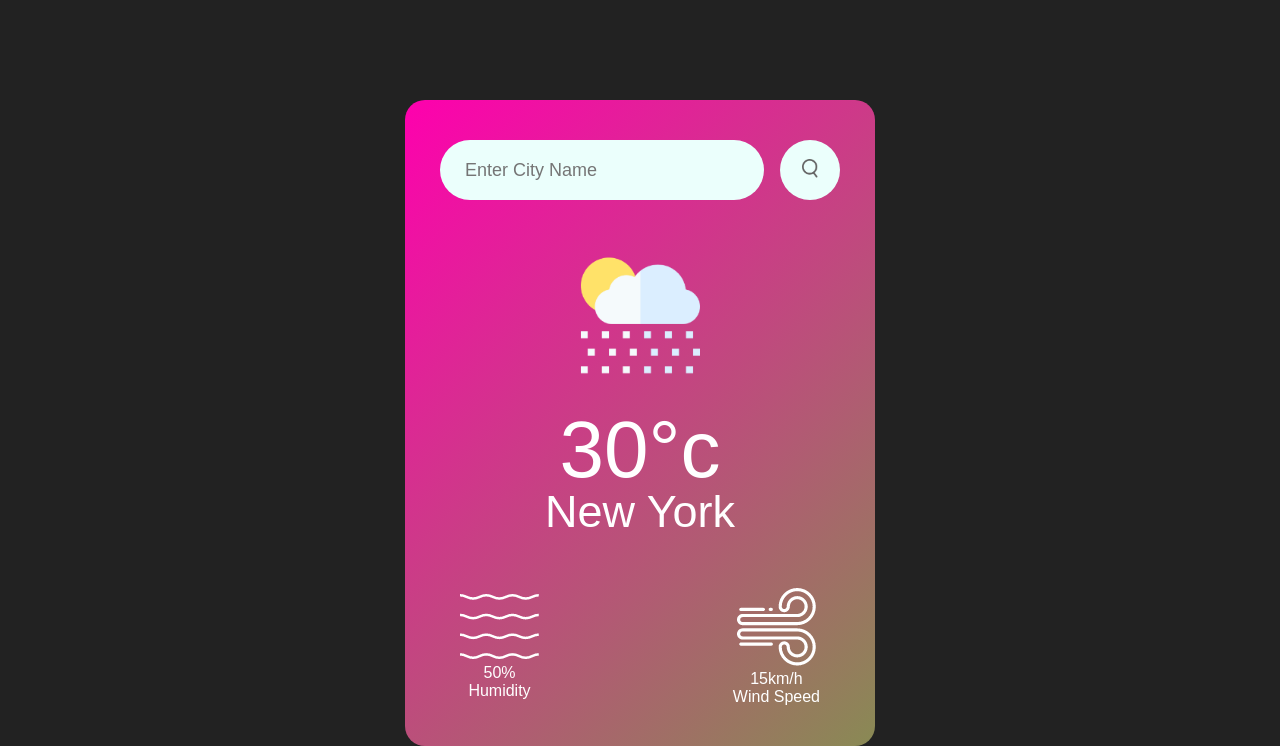
Repository: dubeprince/WeatherApp-Project
Page: WeatherApp/index.html
The author's editor kept a copy of each file at every save. The page is drawn from the files as they stood at one save, then again after the next save.
The browser window is 1280 px wide. The pictures show the whole page.

Above is the page before, as saved 2023-05-26 11:24:18.

### WeatherApp/index.html
<!DOCTYPE html>
<html lang="en">
<head>
    <meta charset="UTF-8">
    <meta http-equiv="X-UA-Compatible" content="IE=edge">
    <meta name="viewport" content="width=device-width, initial-scale=1.0">
    <title>Weather App</title>
    <link rel = "stylesheet" href = "style.css">
</head>
<body>

    <div class="card">
        <div class="search">
            <input type="text" placeholder="Enter City Name" spellcheck="false">
            <button><img src="images/search.png" alt=""></button>
        </div>
        <div class="weather">
            <img src="images/rain.png" class="weather-icon">
            <h1 class="temp">30°c</h1>
            <h2 class="city">New York</h2>
            <div class="details">
                <div class="col">
                    <img src="images/humidity.png" >
                    <div>
                        <p class="humidity">50%</p>
                        <p>Humidity</p>
                    </div>
                </div>
                <div class="col">
                    <img src="images/wind.png" >
                    <div>
                        <p class="wind">15km/h</p>
                        <p>Wind Speed</p>
                    </div>
                </div>
            </div>
        </div>
    </div>

</body>
</html>

### WeatherApp/style.css
*{
    margin : 0;
    padding: 0;
    font-family: 'Poppins', sans-serif;
    box-sizing: border-box;

}
body{
    background: #222;
}
.card{
    width: 90%;
    max-width: 470px;
    background: linear-gradient(135deg, #fe00ae, #898a54);
    color: #fff; /* white */
    margin: 100px auto 0;
    border-radius: 20px;
    padding: 40px 35px;
    text-align: center;

}
.search{
    width: 100%;
    display: flex;
    align-items: center;
    justify-content: space-between;
}
.search input{
    border: 0;
    outline: 0;
    background: #ebfffc;
    color: #555;
    padding: 10px 25px;
    height: 60px;
    border-radius: 30px;
    flex: 1;
    margin-right: 16px;
    font-size: 18px;
}
.search button{
    border: 0;
    outline: 0;
    border-radius: 50%;
    background: #ebfffc;
    width: 60px;
    height: 60px;
    cursor: pointer;

}
.search button img{
    width: 16px;

}
.weather-icon{
    width: 170px;
    margin-top: 30px;
}
.weather h1{
    font-size: 80px;
    font-weight: 500;
}
.weather h2{
    font-weight: 400;
    font-size: 45px;
    margin-top: -10px;
}
.details{
    display: flex;
    align-items: center;
    justify-content: space-between;
    padding: 0 20px;
    margin-top: 50px;
}

After the next save:
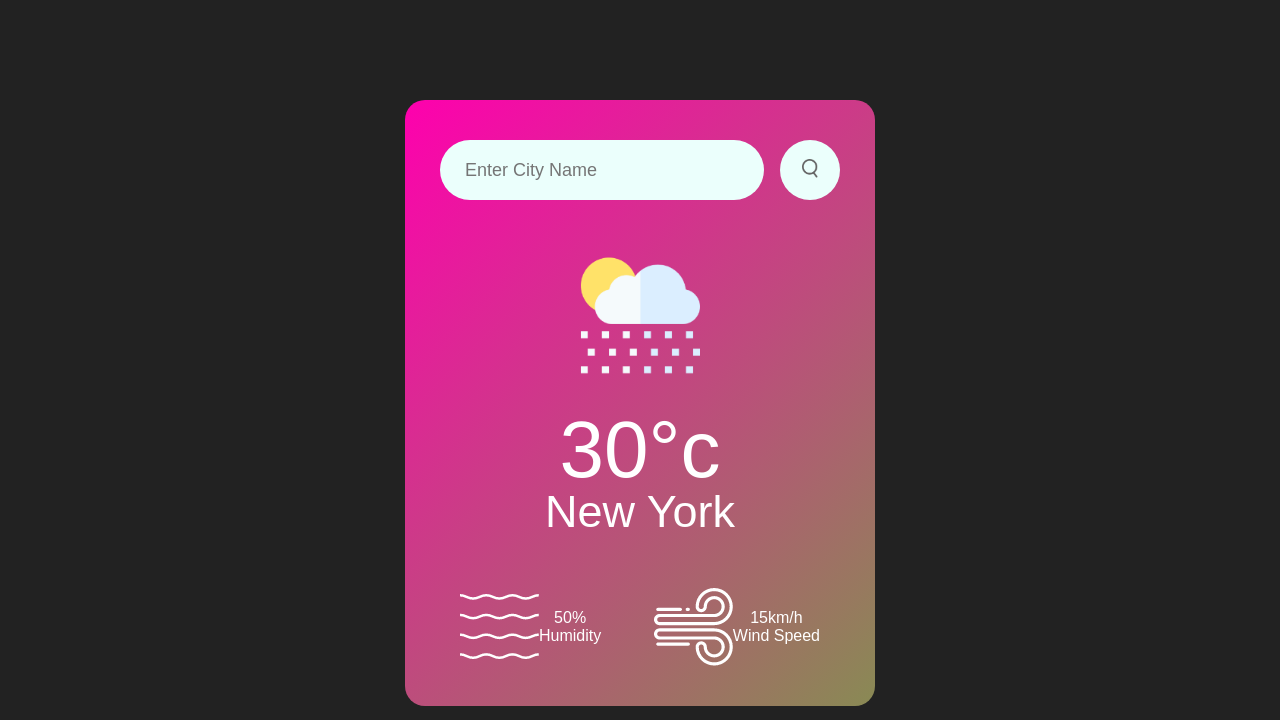
Saved 86 s later.
--- a/WeatherApp/style.css
+++ b/WeatherApp/style.css
@@ -71,3 +71,9 @@ body{
     padding: 0 20px;
     margin-top: 50px;
 }
+.col{
+    display: flex;
+    align-items: center;
+    justify-content: space-between;
+
+}
